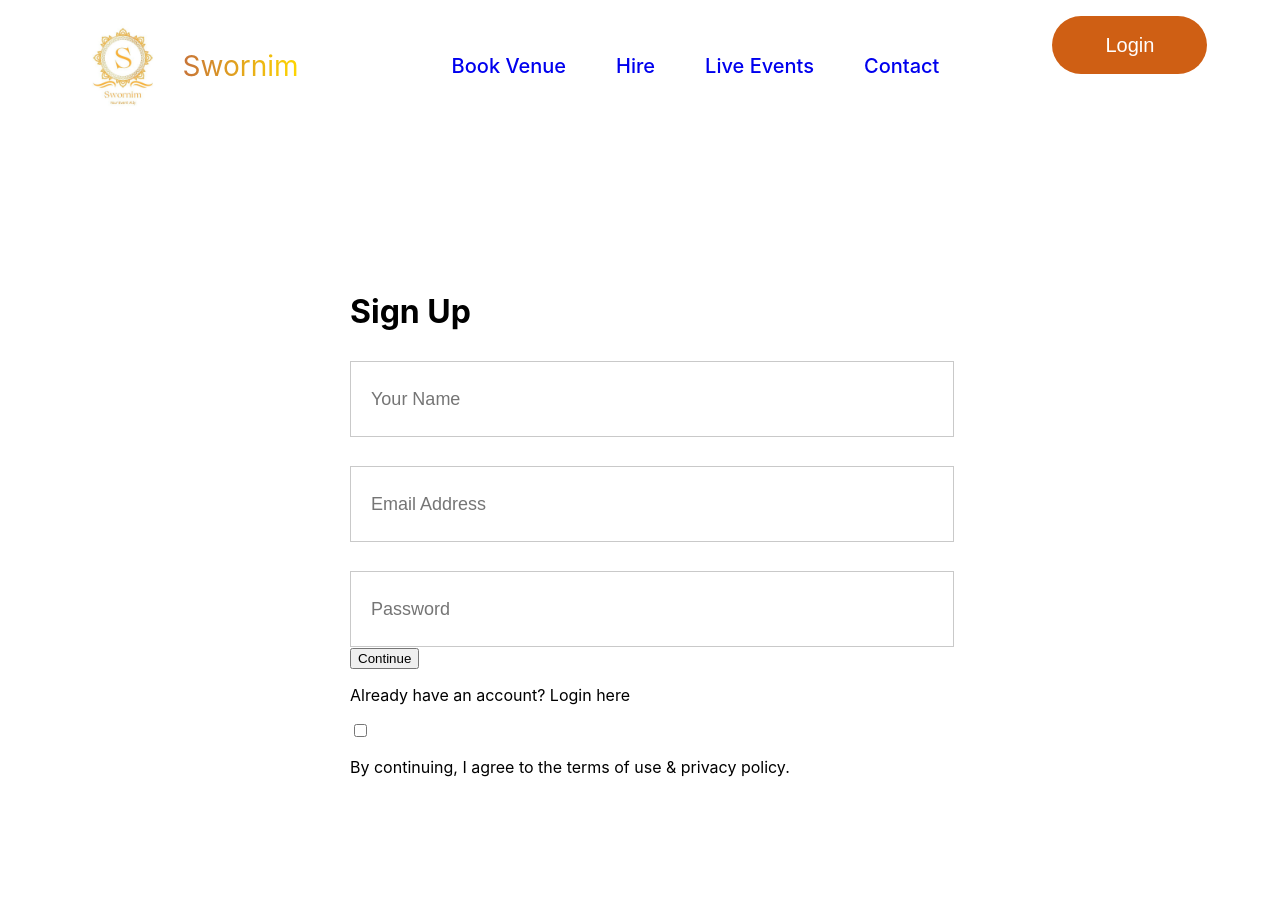
Repository: leonischu/Swornim
Page: /login (app in frontend/)
These files come from the project's save history. The page is drawn as it stood at one moment and after the next save; the edit follows.
The browser window is 1280 px wide. The pictures show the whole page.
The project was rebuilt for these pictures with package versions that can differ from the ones it lists, and the page was loaded fresh each time. Also part of the build but not shown: frontend/src/App.css, frontend/src/Pages/Book.jsx, frontend/src/Pages/Contact.jsx.

Above is the page before, as saved 2025-05-31 11:57:08.

### frontend/public/index.html
<!DOCTYPE html>
<html lang="en">
  <head>
    <meta charset="utf-8" />
    <link rel="icon" href="%PUBLIC_URL%/favicon.ico" />
    <meta name="viewport" content="width=device-width, initial-scale=1" />
    <meta name="theme-color" content="#000000" />
    <meta
      name="description"
      content="Web site created using create-react-app"
    />
    <link rel="apple-touch-icon" href="%PUBLIC_URL%/logo192.png" />
    <!--
      manifest.json provides metadata used when your web app is installed on a
      user's mobile device or desktop. See https://developers.google.com/web/fundamentals/web-app-manifest/
    -->
    <link rel="manifest" href="%PUBLIC_URL%/manifest.json" />
    <!--
      Notice the use of %PUBLIC_URL% in the tags above.
      It will be replaced with the URL of the `public` folder during the build.
      Only files inside the `public` folder can be referenced from the HTML.

      Unlike "/favicon.ico" or "favicon.ico", "%PUBLIC_URL%/favicon.ico" will
      work correctly both with client-side routing and a non-root public URL.
      Learn how to configure a non-root public URL by running `npm run build`.
    -->
    <title>Swornim</title>
  </head>
  <body>
    <noscript>You need to enable JavaScript to run this app.</noscript>
    <div id="root"></div>
    <!--
      This HTML file is a template.
      If you open it directly in the browser, you will see an empty page.

      You can add webfonts, meta tags, or analytics to this file.
      The build step will place the bundled scripts into the <body> tag.

      To begin the development, run `npm start` or `yarn start`.
      To create a production bundle, use `npm run build` or `yarn build`.
    -->
  </body>
</html>

### frontend/src/App.js

import './App.css';
import { Navbar } from './Components/Navbar/Navbar';
import { BrowserRouter, Routes, Route } from 'react-router-dom';
import { Book } from './Pages/Book';
import { Contact } from './Pages/Contact';
import { LoginSignup } from './Pages/LoginSignup';
function App() {
  return (
    <div>
      <BrowserRouter>
      <Navbar/>
       <Routes>
          <Route path='/' element={<Book/>}/>
          <Route path='/contact' element={<Contact/>}/>

          <Route path='/login' element={<LoginSignup/>}/>
          </Routes>
      </BrowserRouter>
    </div>
  );
}

export default App;

### frontend/src/Components/Navbar/Navbar.jsx
import React, { useState } from 'react'
import './Navbar.css'

import logo from '../Assets/logo.jpg'
import { Link } from 'react-router-dom';
export const Navbar = () => {
    const [menu, setMenu] = useState(""); // State for active menu item

  return (
    <div className='navbar'>
      <div className='nav-logo'>
        <img src={logo} alt=""/>
        <p>Swornim</p>
      </div>
      <ul className="nav-menu">
        <li onClick={()=>{setMenu("book venue")}}><Link style={{ textDecoration: 'none' }}to='/'>Book Venue</Link>{menu==="book venue"?<hr/>:<></>}</li>
        <li onClick={()=>{setMenu("hire")}}><Link style={{ textDecoration: 'none' }}to='/hire'> Hire</Link>{menu==="hire"?<hr/>:<></>}</li>
        <li onClick={()=>{setMenu("live events")}}><Link style={{ textDecoration: 'none' }} to='/liveevents'>Live Events</Link>{menu==="live events"?<hr/>:<></>}</li>
        <li onClick={()=>{setMenu("contact")}}><Link style={{ textDecoration: 'none' }}  to='/contact'>Contact</Link >{menu==="contact"?<hr/>:<></>}</li>
      </ul>
      <div className='nav-login-cart'>
        <Link to='/login'><button>Login</button></Link>

      </div>
    </div>
  )
}

### frontend/src/Pages/LoginSignup.jsx
import React from 'react'
import './CSS/LoginSignup.css'

export const LoginSignup = () => {
  return (
    <div className='loginsignup'>
        <div className='loginsignup-container'>
            <h1>Sign Up</h1>
            <div className='loginsignup-fields'>
                <input type='text' placeholder='Your Name'/>
                <input type='email' placeholder='Email Address'/>
                <input type='password' placeholder='Password'/>
            </div>
            <button>Continue</button>
            <p className='loginsignup-login'>Already have an account? <span>Login here</span></p>
            <div className="loginsignup-agree">
                <input type='checkbox' name='' id=''/>
                <p>By continuing, I agree to the terms of use & privacy policy.</p>
            </div>
        </div>
    </div>
  )
}

### frontend/src/Components/Navbar/Navbar.css
.navbar{
    display:flex;
    justify-content: space-around;
    padding: 16px;
    box-shadow: 0 1px 3px -2px black;
}
.nav-logo{
    display: flex;
    align-items: center;
    gap: 10px;
}
.nav-logo p {
    background: linear-gradient(to right, rgba(199, 116, 57, 1), #FFD700);
    -webkit-background-clip: text;
    -webkit-text-fill-color: transparent;
    background-clip: text; /* Optional for broader support */
    font-size: 28px;
    font-weight: 400;
}
.nav-logo img {
    width: 100px; /* Adjust the width of an image/icon */
    height: auto;
}
.nav-menu{
    display: flex;
    align-items: center;
    list-style: none;
    gap: 50px;
    color: black;
    font-size: 20px;
    font-weight: 500;

}
.nav-menu li{
    display: flex;
    flex-direction: column;
    align-items: center;
    justify-content: center;
    gap: 3px;
    cursor: pointer;

}
.nav-menu hr{
    border: none;
    width: 90%;
    height: 3px;
    border-radius: 15px;
    background: rgba(207, 95, 20, 1);

}
.nav-login-cart {
    display: flex; /* Flexbox layout */
    gap: 15px; /* Adjust the gap between buttons */
}
.nav-login-cart button{
    width: 155px;
    height: 58px;
    outline: none;
    border: 1px solid transparent;
    border-radius: 75px;
    background-color: rgba(207, 95, 20, 1);
    color: white;
    font-size: 20px;
    font-weight: 500;
    cursor: pointer;
}
.nav-login-cart button:active{
    background: rgba(44, 51, 66, 1);
}

### frontend/src/Pages/CSS/LoginSignup.css
.loginsignup{
    width: 100%;
    height: 80vh;
    background: white;
    padding-top: 100px;
}
.loginsignup-container{
    width: 580px;
    height: 600px;
    background: white;
    margin: auto;
    padding: 40px 60px;
}
.loginsignup-container h1{
    margin: 20px 0px;
}
.loginsignup-fields{
    display: flex;
    flex-direction: column;
    gap: 29px;
    margin-top: 30px;
}
.loginsignup-fields input{
    height: 72px;
    width: 100%;
    padding-left: 20px;
    border: 1px solid #c9c9c9;
    outline: none;
    color: #5c5c5c;
    font-size: 18px;

}

Loaded but not shown: frontend/src/index.js (common file); frontend/src/index.css (common file); frontend/src/reportWebVitals.js (common file)

After the next save:
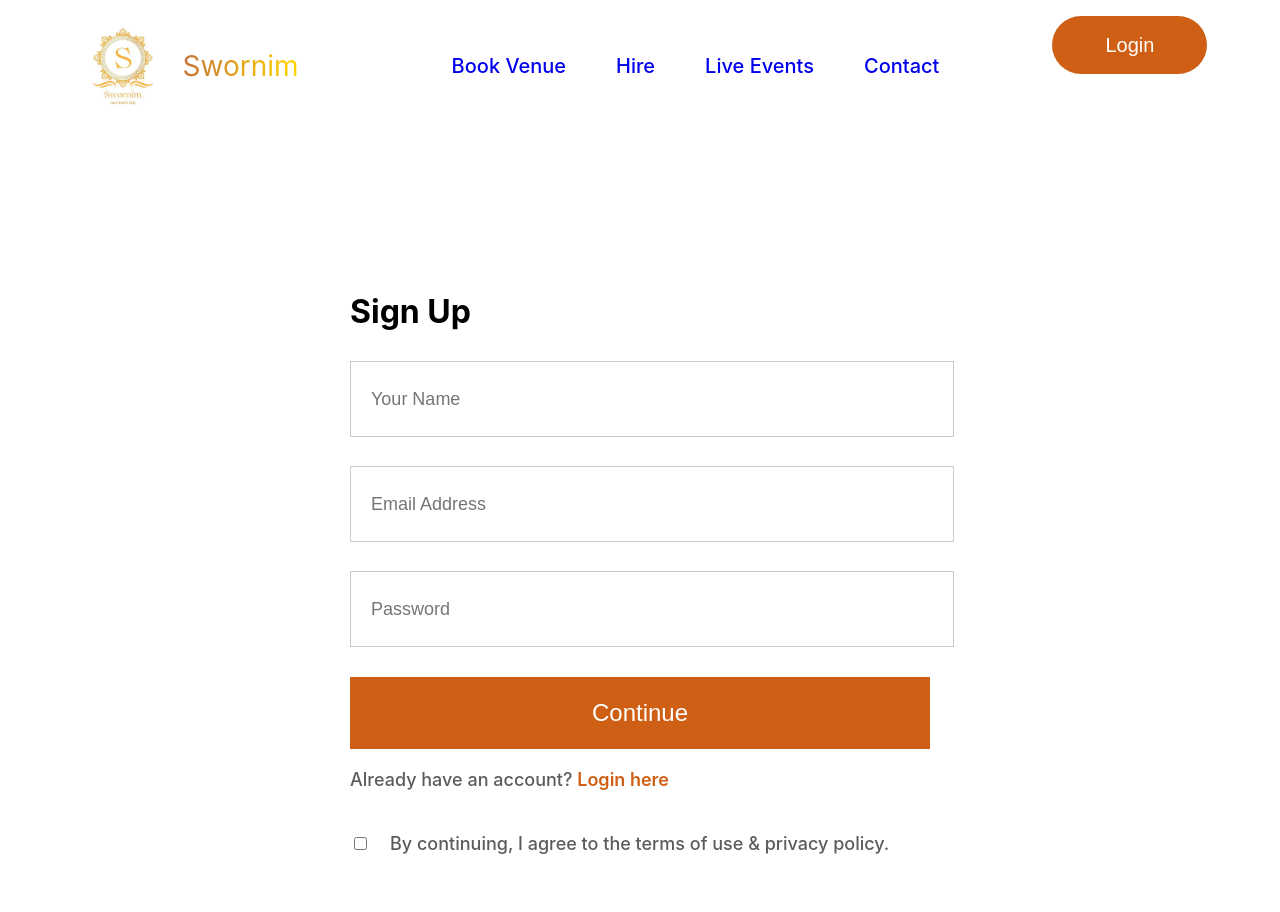
Saved 114 min 0 s later.
--- a/frontend/src/Pages/CSS/LoginSignup.css
+++ b/frontend/src/Pages/CSS/LoginSignup.css
@@ -28,5 +28,34 @@
     outline: none;
     color: #5c5c5c;
     font-size: 18px;
-
 }
+.loginsignup-container button{
+    width: 580px;
+    height: 72px;
+    color: white;
+    background: rgba(207, 95, 20, 1);
+    margin-top: 30px;
+    border: none;
+    font-size: 24px;
+    font-weight: 500;
+    cursor: pointer;
+}
+.loginsignup-login{
+    margin-top: 20px;
+    color: #5c5c5c;
+    font-size: 18px;
+    font-weight: 500;
+}
+.loginsignup-login span{
+    color: rgba(207, 95, 20, 1);
+    font-weight: 600;
+}
+.loginsignup-agree{
+  display: flex;
+  align-items: center;
+  margin-top: 25px;
+  gap: 20px;
+  color: #5c5c5c;
+  font-size: 18px;
+  font-weight: 500;
+}
